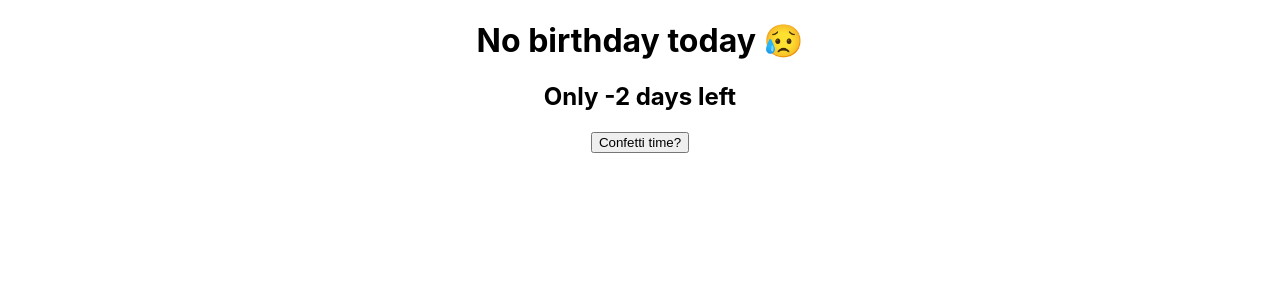
Repository: David-Waite/HannahsBirthdayWebsite
Page: /
These files come from the project's save history. The page is drawn as it stood at one moment and after the next save; the edit follows.
The browser window is 1280 px wide. The pictures show the whole page.
The project was rebuilt for these pictures with package versions that can differ from the ones it lists, and the page was loaded fresh each time.

Above is the page before, as saved 2023-03-30 17:58:00.

After the next save:
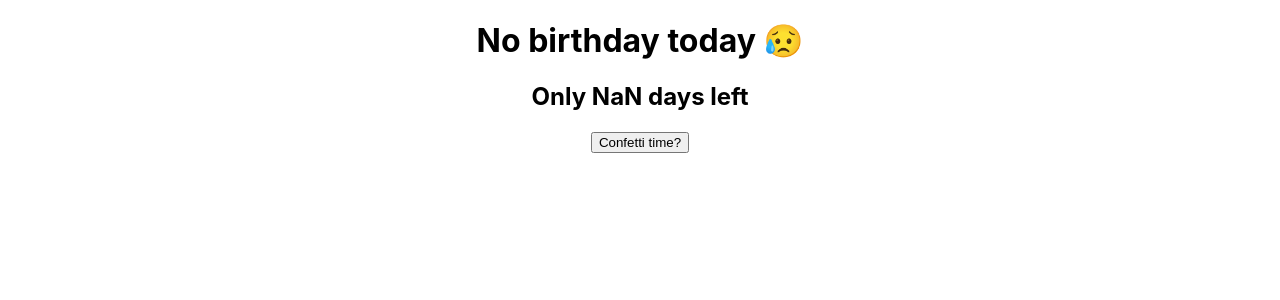
Saved 74 s later.
--- a/src/App.js
+++ b/src/App.js
@@ -28,9 +28,12 @@
     const date = new Date();
     const hannahBday = new Date(date.getFullYear(), 2, 29);
     const oneDay = 1000 * 60 * 60 * 24;
+    let daysUntilBirthday;
+    if (hannahBday.getTime > date.getTime()) {
+      daysUntilBirthday =
+        Math.ceil(hannahBday.getTime() - date.getTime()) / oneDay;
+    }
 
-    const daysUntilBirthday =
-      Math.ceil(hannahBday.getTime() - date.getTime()) / oneDay;
     return daysUntilBirthday;
   }
 

After the 2 saves that followed:
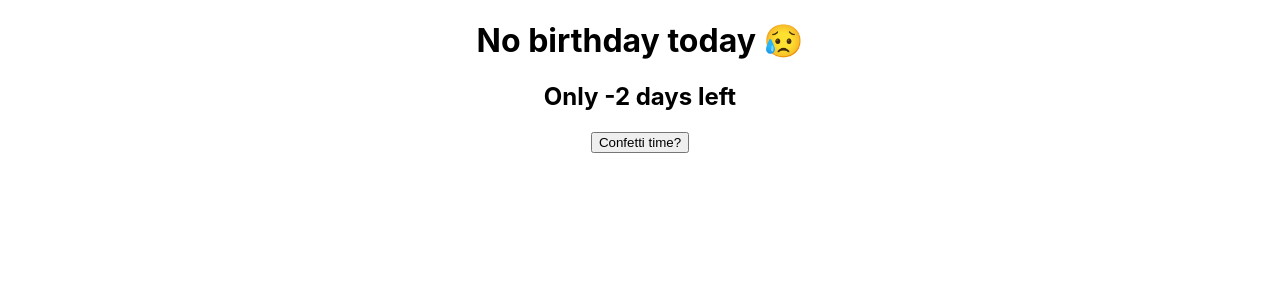
The 2 saves are shown as one change because 1 left the picture as it was.
The last was saved 23 s later.
--- a/src/App.js
+++ b/src/App.js
@@ -29,7 +29,7 @@
     const hannahBday = new Date(date.getFullYear(), 2, 29);
     const oneDay = 1000 * 60 * 60 * 24;
     let daysUntilBirthday;
-    if (hannahBday.getTime > date.getTime()) {
+    if (hannahBday < date) {
       daysUntilBirthday =
         Math.ceil(hannahBday.getTime() - date.getTime()) / oneDay;
     }
